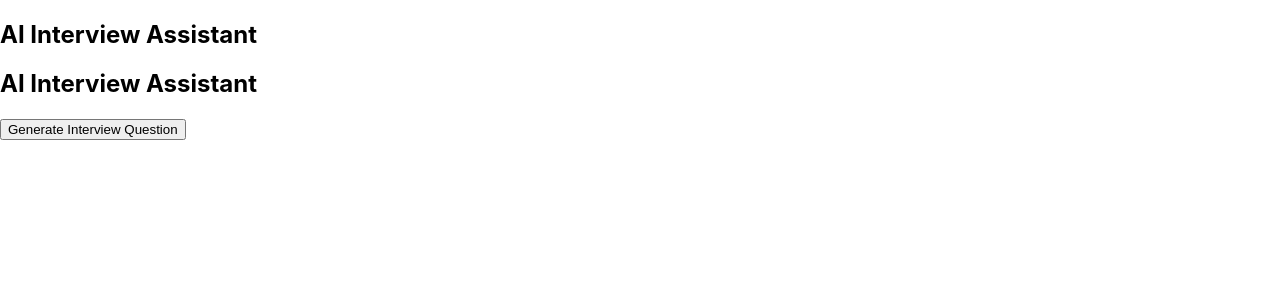
Repository: Atharva-1512/ai-interview-assistant
Page: / (app in frontend/)
An editor plug-in stored every save of this project. The page is shown before and after the next save, followed by the edit.
The browser window is 1280 px wide. The pictures show the whole page.
The project was rebuilt for these pictures with package versions that can differ from the ones it lists, and the page was loaded fresh each time.

Above is the page before, as saved 2026-03-09 16:34:43.

### frontend/src/App.js
import Navbar from "./components/Navbar";
import Interview from "./pages/Interview";

function App() {
  return (
    <div>
      <Navbar />
      <Interview />
    </div>
  );
}

export default App;

### frontend/src/components/Navbar.js
function Navbar() {
  return (
    <nav>
      <h2>AI Interview Assistant</h2>
    </nav>
  );
}

export default Navbar;

### frontend/src/pages/Interview.js
import { useState } from "react";
import { getQuestion } from "../services/api";

function Interview() {

  const [question, setQuestion] = useState("");

  const fetchQuestion = async () => {
    try {
      const res = await getQuestion();
      setQuestion(res.data.question);
    } catch (error) {
      console.error(error);
    }
  };

  return (
    <div>
      <h2>AI Interview Assistant</h2>

      <button onClick={fetchQuestion}>
        Generate Interview Question
      </button>

      {question && (
        <div>
          <h3>Question:</h3>
          <p>{question}</p>
        </div>
      )}

    </div>
  );
}

export default Interview;

### frontend/src/services/api.js
import axios from "axios";

const API = axios.create({
  baseURL: "http://localhost:5000"
});

export const getQuestion = () => API.get("/question");

export default API;

export const evaluateAnswer = (answer) =>
  API.post("/evaluate", { answer });

Loaded but not shown: frontend/public/index.html (common file); frontend/src/index.js (common file); frontend/src/index.css (common file); frontend/src/reportWebVitals.js (common file)

After the next save:
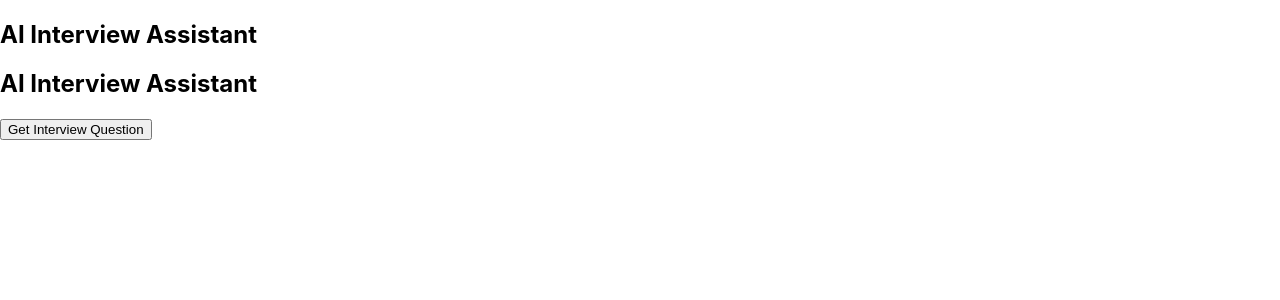
Saved 40 s later.
--- a/frontend/src/pages/Interview.js
+++ b/frontend/src/pages/Interview.js
@@ -1,31 +1,56 @@
 import { useState } from "react";
-import { getQuestion } from "../services/api";
+import { getQuestion, evaluateAnswer } from "../services/api";
 
 function Interview() {
 
   const [question, setQuestion] = useState("");
+  const [answer, setAnswer] = useState("");
+  const [feedback, setFeedback] = useState("");
 
   const fetchQuestion = async () => {
-    try {
-      const res = await getQuestion();
-      setQuestion(res.data.question);
-    } catch (error) {
-      console.error(error);
-    }
+    const res = await getQuestion();
+    setQuestion(res.data.question);
+  };
+
+  const submitAnswer = async () => {
+    const res = await evaluateAnswer(answer);
+    setFeedback(res.data.feedback);
   };
 
   return (
     <div>
+
       <h2>AI Interview Assistant</h2>
 
       <button onClick={fetchQuestion}>
-        Generate Interview Question
+        Get Interview Question
       </button>
 
       {question && (
-        <div>
+        <div style={{ marginTop: "20px" }}>
           <h3>Question:</h3>
           <p>{question}</p>
+
+          <textarea
+            rows="4"
+            cols="50"
+            placeholder="Type your answer..."
+            value={answer}
+            onChange={(e) => setAnswer(e.target.value)}
+          />
+
+          <br />
+
+          <button onClick={submitAnswer}>
+            Submit Answer
+          </button>
+        </div>
+      )}
+
+      {feedback && (
+        <div style={{ marginTop: "20px" }}>
+          <h3>AI Feedback</h3>
+          <p>{feedback}</p>
         </div>
       )}
 
